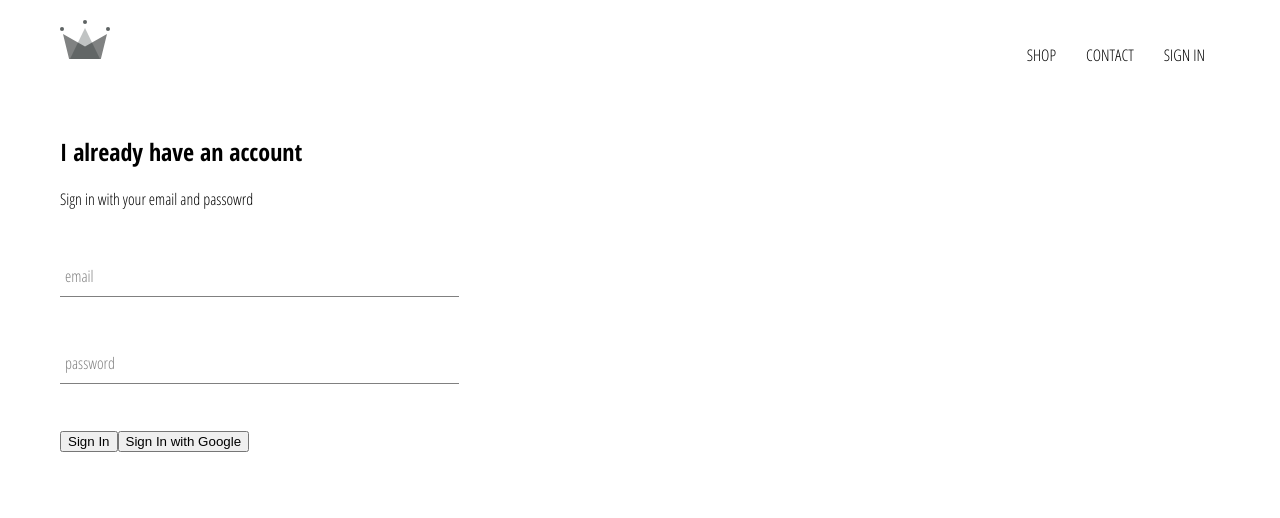
Repository: yurirech/crwn-clothing
Page: /signin
The author's editor kept a copy of each file at every save. The page is drawn from the files as they stood at one save, then again after a run of saves.
The browser window is 1280 px wide. The pictures show the whole page.
The project was rebuilt for these pictures with package versions that can differ from the ones it lists, and the page was loaded fresh each time. Also part of the build but not shown: src/pages/homepage/homepage.style.scss, src/components/directory/directory.styles.scss, src/components/menu-item/menu-item.styles.scss, src/components/menu-item/menu-item.component.jsx, src/components/directory/directory.component.jsx, src/pages/homepage/homepage.component.jsx, src/pages/shop/shop.data.js, src/components/collection-preview/collection-preview.styles.scss and 4 more.

Above is the page before, as saved 2020-05-28 08:46:26.

After the next 2 saves:
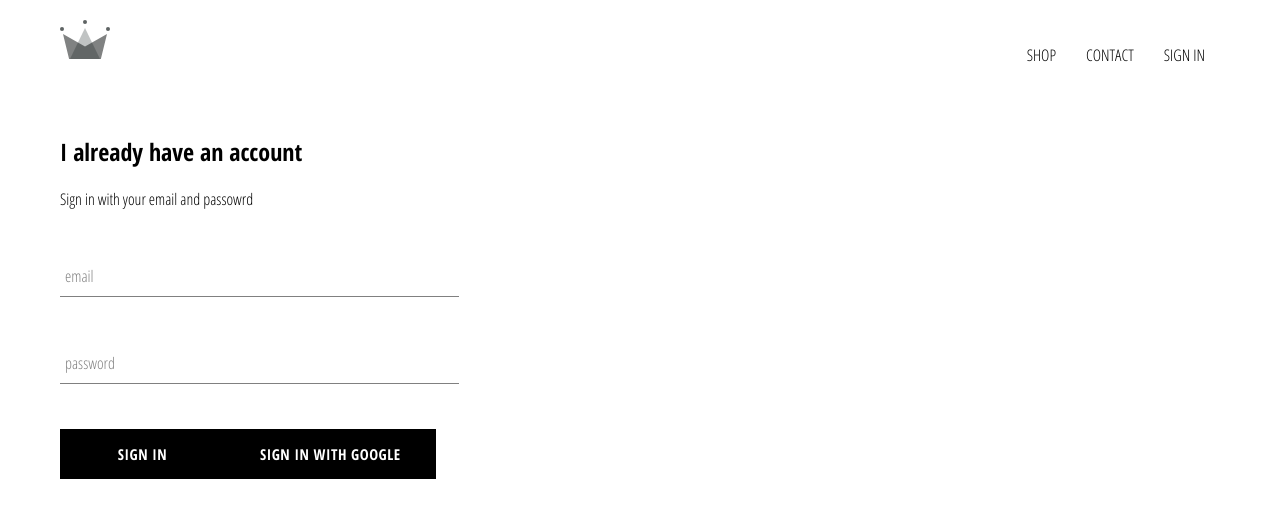
The 2 saves are shown as one change because they came seconds apart.
The last was saved 7 s later.
--- a/src/components/custom-button/custom-button.component.jsx
+++ b/src/components/custom-button/custom-button.component.jsx
@@ -3,7 +3,7 @@ import React from 'react';
 import './custom-button.styles.scss'
 
 const CustomButton = ({children, isGooogleSignIn, ...otherProps}) => (
-  <button className={`${isGooogleSignIn ? 'google-sign-in' : '' } "custom-button"`} {...otherProps}>
+  <button className={`${isGooogleSignIn ? 'google-sign-in' : '' } custom-button`} {...otherProps}>
     {children}
   </button>
 );
